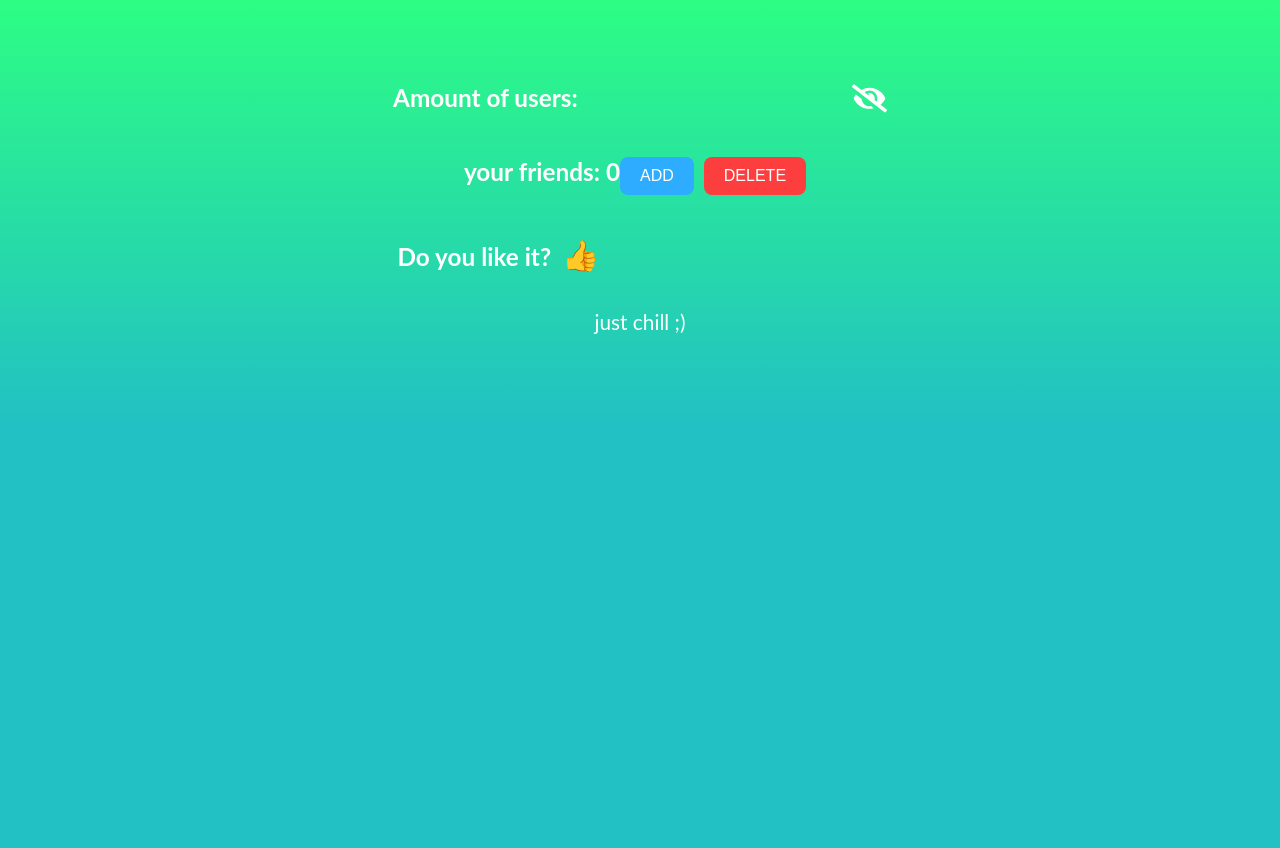
Repository: marcinszymaszek/facelook
Page: /
An editor plug-in stored every save of this project. The page is shown before and after a run of saves, followed by the edit.
The browser window is 1280 px wide. The pictures show the whole page.
The page's requests for data from a server got no answer. The project was rebuilt for these pictures with package versions that can differ from the ones it lists, and the page was loaded fresh each time. No one was signed in, and anything a server would have sent is missing.

Above is the page before, as saved 2020-03-01 18:26:31.

### src/index.js
import React from 'react';
import ReactDOM from 'react-dom';
import './index.css';
import App from '../src/components/main/App';
import * as serviceWorker from './serviceWorker';


ReactDOM.render(<App />, document.getElementById('root'));

// If you want your app to work offline and load faster, you can change
// unregister() to register() below. Note this comes with some pitfalls.
// Learn more about service workers: https://bit.ly/CRA-PWA
serviceWorker.unregister();

### src/components/main/App.js
import React, { useState, useEffect } from 'react';
import MainInfo from '../main-info/MainInfo'
import Friends from '../friends/Friends'
import Opinion from '../opinion/Opinion'
import Users from '../users/Users'
import axios from 'axios';
import { Provider } from 'react-redux';
import store from '../../store/store';

import '../../styles/styles.scss'

const App = () => {
  const [data, setData] = useState({ data: [] });

  useEffect(() => {

    //fetch via axios
    const fetchData = async () => {
      const result = await axios('https://reqres.in/api/users?page=2');
      setData(result.data);
    }
    fetchData();

    //   //fetch via fetch() method
    //   const fetchData = async () => {
    //     const response = await fetch('https://reqres.in/api/users?page=2');
    //     let data = await response.json()
    //     setData(data);
    //   }
    //     fetchData();

  }, []);

  const usersAmount = data.per_page;

  const allUsers = data.data.map(user => {
    return <span className="user-box" key={user.id}>
      <img src={user.avatar} alt='avatar' title="elo" />< br />
      User name: <strong>{user.first_name}</strong>
    </span>
  });

  return (
    <Provider store={store}>
      <div className="main-container">
        <MainInfo usersAmount={usersAmount} />
        <Friends />
        <Opinion />
        <Users allUsers={allUsers} />
        <footer>
          <p>just chill ;)</p>
        </footer>
      </div>
    </Provider>
  )
}

export default App;

### src/components/main-info/MainInfo.js
import React, { useState, useEffect } from 'react';
import { ReactComponent as EyeSolidIcon } from '../../styles/eye-solid.svg';
import { ReactComponent as EyeSlashSolidIcon } from '../../styles/eye-slash-solid.svg';

const MainInfo = ({ usersAmount }) => {
    const [numberOfUsers, setNumberOfUsers] = useState(usersAmount);

    useEffect(() => {
        setNumberOfUsers(usersAmount)
    }, [usersAmount]);


    const handleClick = () => { numberOfUsers === "count em :)" ? setNumberOfUsers(usersAmount) : setNumberOfUsers("count em :)") }


    return (
        <div className="inline-container">
            <h3>Amount of users: {numberOfUsers}</h3>
            <>
                {numberOfUsers === "count em :)" ?
                    <EyeSolidIcon className="eye-icon" onClick={() => handleClick()} /> :
                    <EyeSlashSolidIcon className="eye-icon" onClick={() => handleClick()} />}
            </>
        </div>
    )
}

export default MainInfo;

### src/components/friends/Friends.js
import React from 'react';
import { useSelector, useDispatch } from "react-redux";
import { increment, decrement } from "../../store/actions/actionsCreators";

const Friends = () => {
    const counter = useSelector(state => state.counter)
    const dispatch = useDispatch();

    return (

        <div className="inline-container">
            <h3>
                your friends: {counter}
                {/* change for svg icon */}
                <button className="btn-add" onClick={() => dispatch(increment(1))}>ADD</button>
                <button className="btn-delete" onClick={() => dispatch(decrement(1))}>DELETE</button>
            </h3>
        </div>
    )
}

export default Friends;

### src/components/opinion/Opinion.js
import React from 'react';
import { useSelector, useDispatch } from "react-redux";
import { toggleLikeUpdateFlag } from "../../store/actions/actionsCreators";


const Opinion = () => {
    const likeUpdateFlag = useSelector(state => state.likeUpdateFlag)
    const dispatch = useDispatch();

    return (
        <div className="inline-container">
            <h3 id="thumb-txt">
                Do you like it?&nbsp;
                {/* change for svg icon */}
                {likeUpdateFlag ?
                    <span onClick={() => dispatch(toggleLikeUpdateFlag())} className="thumb" role="img" aria-label="like">&#128077;</span> :
                    <span onClick={() => dispatch(toggleLikeUpdateFlag())} className="thumb" role="img" aria-label="dislike">&#128078;</span>}
            </h3 >
            <br /><br />
        </div>
    )
}

export default Opinion;

### src/components/users/Users.js
import React from 'react';

const Users = ({ allUsers }) => {

  return (
    <div className="inline-container">
      {allUsers}
    </div>
  )

}

export default Users;

### src/store/store.js
import {createStore} from 'redux';
import {rootReducer} from './reducers';

const store = createStore(rootReducer,
    window.__REDUX_DEVTOOLS_EXTENSION__ && window.__REDUX_DEVTOOLS_EXTENSION__());

export default store;

### src/styles/styles.scss
//general style modules
@import "scss/helpers.scss";
@import "scss/basic.scss";

//components styles
@import "../components/main/App";
@import "../components/friends/Friends";
@import "../components/opinion/Opinion";
@import "../components/users/Users";
@import "../components/main-info/MainInfo";

### src/store/actions/actionsCreators.js
import {
    INCREMENT,
    DECREMENT,
    LIKE_UPDATE_FLAG,
} from './constants';

export const increment = nr => {
    return {
        type: INCREMENT,
        payload: nr
    }
}

export const decrement = nr => {
    return {
        type: DECREMENT,
        payload: nr
    }
}

export const toggleLikeUpdateFlag = () => {
    return {
        type: LIKE_UPDATE_FLAG
    }
}

### src/store/reducers/index.js
import {combineReducers} from 'redux';
import {counter} from './counterReducer';
import {likeUpdateFlag} from './likeUpdateFlagReducer';

export const rootReducer = combineReducers({
    counter,
    likeUpdateFlag
});

### src/styles/scss/helpers.scss
//mixins

@mixin bp($point) {
    @if $point==xs {
        @media (max-width: 576px) {
            @content
        }
    }
    @else if $point==sm {
        @media (max-width: 767px) {
            @content
        }
    }
    @else if $point==md {
        @media (max-width: 991px) {
            @content
        }
    }
    @else if $point==lg {
        @media (max-width: 1199px) {
            @content
        }
    }
    @else {
        @media (max-width: $point) {
            @content
        }
    }
};

### src/styles/scss/_basic.scss
body {
    background: linear-gradient(0deg, rgba(45, 253, 132, 1) 30%, rgba(34, 193, 195, 1) 100%);
    background-repeat: no-repeat;
    height: max-content;
}

.main-container {
    color: rgb(255, 255, 255);
    font-family: Lato, sans-serif;
    font-size: 1.5em;
    height: 100vh;
    line-height: 20px;
    font-size: 1.3rem;
    text-align: center;
    margin: 5% 20%;

    @include bp(lg) {
        font-size: 1.2em;
    }

    @include bp(xs) {
        height: auto;
        margin-bottom: 20%;
    }
}

.inline-container {
    display: flex;
    flex-flow: wrap;
    align-content: center;
    align-items: stretch;
    justify-content: space-around;

    @include bp(sm) {
        justify-content: space-evenly;
    }
}

svg {
    width: 35px;

    &:hover {
        color: rgb(255, 204, 74);
    }
}

### src/components/main/App.scss
@import "../../styles/scss/helpers";


body {
    background: rgb(34, 193, 195);
    background: linear-gradient(0deg, rgba(34, 193, 195, 1) 50%, rgba(45, 253, 132, 1) 100%);
    background-repeat: no-repeat;
    height: max-content;
}

.main-container {
    color: rgb(255, 255, 255);
    font-family: Lato, sans-serif;
    font-size: 1.5em;
    height: 100vh;
    line-height: 20px;
    font-size: 1.3rem;
    text-align: center;
    margin: 5% 20%;
}

.main-container {
    @include bp(lg) {
        font-size: 1.2em;
    }
}

.user-box {
    @include bp(lg) {
        margin: 10px 10px;
    }
}

.main-container {
    @include bp(xs) {
        height: auto;
        margin-bottom: 20%;
    }
}

//=============================================================================================================

// App.css :


// body {
//     background: rgb(34,193,195);
//     background: linear-gradient(0deg, rgba(34,193,195,1) 50%, rgba(45,253,132,1) 100%);
//     background-repeat: no-repeat;
//     height: max-content;
// }

// .main-container {
//     color: rgb(255, 255, 255);
//     font-family: Lato, sans-serif;
//     font-size: 1.5em;
//     height: 100vh;
//     line-height: 20px;
//     font-size: 1.3rem;
//     text-align: center;
//     margin: 5% 20%;
// }

// @media screen and (max-width: 1028px){
//     .main-container {
//             font-size: 1.2em;
//         }
//         .user-box{
//             margin: 10px 10px;
//         }
//     }

// @media screen and (max-width: 480px){
//             .main-container {
//                 height: auto;
//                 margin-bottom: 20%;
//             }
//             }

### src/components/friends/Friends.scss
.btn-add, .btn-delete {
    background-color: rgb(46, 172, 255);
    border: none;
    color: white;
    padding: 10px 20px;
    text-align: center;
    text-decoration: none;
    display: inline-block;
    font-size: 16px;
    cursor: pointer;
    outline: 0;
    border-radius: 0.5em;
    margin-right: 10px;
    font-weight: 100;
  }

  .btn-add {
    background-color: rgb(46, 172, 255);

    &:hover {
      background-color: rgb(30, 165, 255);
    }
  }

  .btn-delete {
    background-color: rgb(253, 62, 62);

    &:hover {
      background-color: rgb(255, 38, 38);
    }
  }

### src/components/opinion/_Opinion.scss
@import "../../styles/scss/helpers";

.thumb {
    cursor: pointer;
    font-size: 30px;
    margin-left: 5px;
}

@include bp(xs) {
    .thumb {
        font-size: 30px;
    }
}

### src/components/users/_Users.scss
@import "../../styles/scss/helpers";

img {
    margin-bottom: 0.5rem;
}

@include bp(xs) {
    .thumb {
        font-size: 30px;
    }
}

### src/components/main-info/MainInfo.scss
@import "../../styles/scss/helpers";


body {
    background: rgb(34, 193, 195);
    background: linear-gradient(0deg, rgba(34, 193, 195, 1) 50%, rgba(45, 253, 132, 1) 100%);
    background-repeat: no-repeat;
    height: max-content;
}

.main-container {
    color: rgb(255, 255, 255);
    font-family: Lato, sans-serif;
    font-size: 1.5em;
    height: 100vh;
    line-height: 20px;
    font-size: 1.3rem;
    text-align: center;
    margin: 5% 20%;
}

.main-container {
    @include bp(lg) {
        font-size: 1.2em;
    }
}

.user-box {
    @include bp(lg) {
        margin: 10px 10px;
    }
}

.main-container {
    @include bp(xs) {
        height: auto;
        margin-bottom: 20%;
    }
}

//=============================================================================================================

// App.css :


// body {
//     background: rgb(34,193,195);
//     background: linear-gradient(0deg, rgba(34,193,195,1) 50%, rgba(45,253,132,1) 100%);
//     background-repeat: no-repeat;
//     height: max-content;
// }

// .main-container {
//     color: rgb(255, 255, 255);
//     font-family: Lato, sans-serif;
//     font-size: 1.5em;
//     height: 100vh;
//     line-height: 20px;
//     font-size: 1.3rem;
//     text-align: center;
//     margin: 5% 20%;
// }

// @media screen and (max-width: 1028px){
//     .main-container {
//             font-size: 1.2em;
//         }
//         .user-box{
//             margin: 10px 10px;
//         }
//     }

// @media screen and (max-width: 480px){
//             .main-container {
//                 height: auto;
//                 margin-bottom: 20%;
//             }
//             }

### src/store/actions/constants.js
export const INCREMENT = "INCREMENT";
export const DECREMENT = "DECREMENT";
export const LIKE_UPDATE_FLAG = "LIKE_UPDATE_FLAG";

### src/store/reducers/counterReducer.js
import { INCREMENT, DECREMENT } from '../actions/constants.js';

const initialState = 0;

export const counter = (state = initialState, action) => {
    switch (action.type) {
        case INCREMENT:
            return state + action.payload;
        case DECREMENT:
            return state - action.payload;
        default:
            return state;
    }
};

### src/store/reducers/likeUpdateFlagReducer.js
import { LIKE_UPDATE_FLAG } from '../actions/constants.js';

const initialState = true;

export const likeUpdateFlag = (state = initialState, action) => {
    switch (action.type) {
        case LIKE_UPDATE_FLAG:
            return !state;
        default:
            return state;
    }
};

Loaded but not shown: public/index.html (common file); src/index.css (common file); src/serviceWorker.js (common file)

After the next 2 saves:
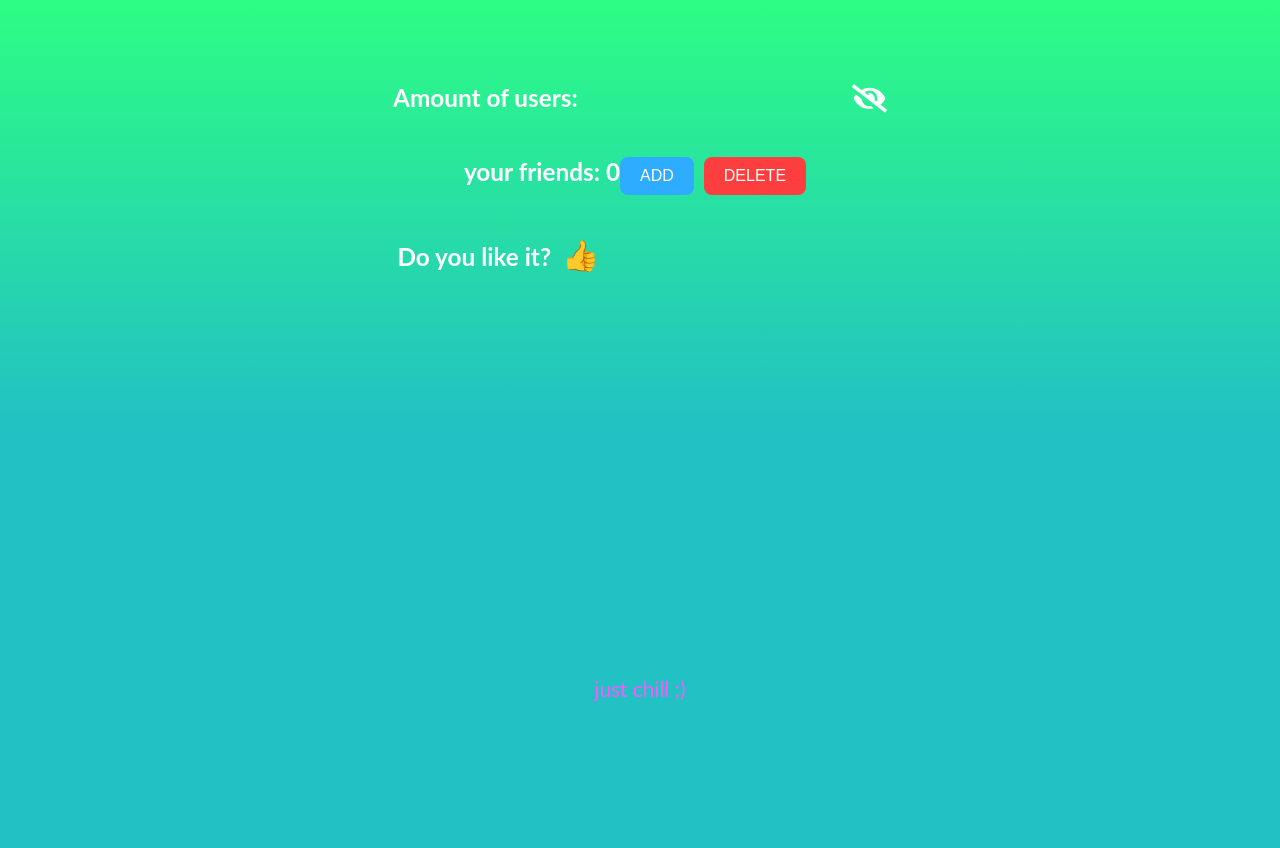
The 2 saves are shown as one change because they came seconds apart.
The last was saved 65 s later.
--- a/src/styles/scss/_basic.scss
+++ b/src/styles/scss/_basic.scss
@@ -36,6 +36,15 @@ body {
     }
 }
 
+footer {
+    color: rgb(255, 87, 255);
+    position: absolute;
+    left: 0;
+    bottom: 0;
+    width: 100%;
+    text-align: center;
+}
+
 svg {
     width: 35px;
 
